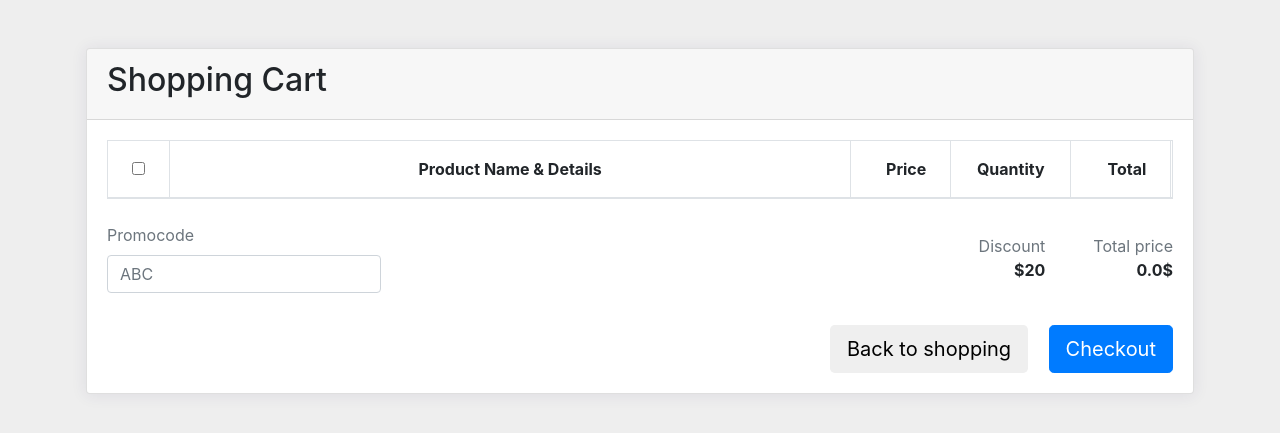
Repository: Szers222/MyProject
Page: http://localhost/MyProject/cart.jsp
The author's editor kept a copy of each file at every save. The page is drawn from the files as they stood at one save, then again after the next save.
The browser window is 1280 px wide. The pictures show the whole page.
Some web libraries are served in a nearby version. The page is served by Tomcat 10. Other server files are loaded and not shown. The template is opened directly, without the code that normally fills it, so the values that code supplies are empty.

Above is the page before, as saved 2023-12-13 10:16:27.

### MyProject/src/main/webapp/cart.jsp
<%@page import="java.util.ArrayList"%>
<%@page import="core.Watch"%>
<%@ page language="java" contentType="text/html; charset=UTF-8"
	pageEncoding="UTF-8"%>
<%@taglib prefix="c" uri="http://java.sun.com/jsp/jstl/core"%>
<!DOCTYPE html>
<html>
<head>
<title>Shopping Cart</title>
<meta charset="utf-8">
<meta name="viewport" content="width=device-width, initial-scale=1">
<link rel="stylesheet"
	href="https://maxcdn.bootstrapcdn.com/bootstrap/4.0.0/css/bootstrap.min.css">
<link href="https://fonts.googleapis.com/css?family=Montserrat"
	rel="stylesheet">

<style type="text/css">
.shopping-cart {
	padding-bottom: 50px;
	font-family: 'Montserrat', sans-serif;
}

.shopping-cart.dark {
	background-color: #f6f6f6;
}

.shopping-cart .content {
	box-shadow: 0px 2px 10px rgba(0, 0, 0, 0.075);
	background-color: white;
}

.shopping-cart .block-heading {
	padding-top: 50px;
	margin-bottom: 40px;
	text-align: center;
}

.shopping-cart .block-heading p {
	text-align: center;
	max-width: 420px;
	margin: auto;
	opacity: 0.7;
}

.shopping-cart .dark .block-heading p {
	opacity: 0.8;
}

.shopping-cart .block-heading h1, .shopping-cart .block-heading h2,
	.shopping-cart .block-heading h3 {
	margin-bottom: 1.2rem;
	color: #3b99e0;
}

.shopping-cart .items {
	margin: auto;
}

.shopping-cart .items .product {
	margin-bottom: 20px;
	padding-top: 20px;
	padding-bottom: 20px;
}

.shopping-cart .items .product .info {
	padding-top: 0px;
	text-align: center;
}

.shopping-cart .items .product .info .product-name {
	font-weight: 600;
}

.shopping-cart .items .product .info .product-name .product-info {
	font-size: 14px;
	margin-top: 15px;
}

.shopping-cart .items .product .info .product-name .product-info .value
	{
	font-weight: 400;
}

.shopping-cart .items .product .info .quantity .quantity-input {
	margin: auto;
	width: 80px;
}

.shopping-cart .items .product .info .price {
	margin-top: 15px;
	font-weight: bold;
	font-size: 22px;
}

.shopping-cart .summary {
	border-top: 2px solid #5ea4f3;
	background-color: #f7fbff;
	height: 100%;
	padding: 30px;
}

.shopping-cart .summary h3 {
	text-align: center;
	font-size: 1.3em;
	font-weight: 600;
	padding-top: 20px;
	padding-bottom: 20px;
}

.shopping-cart .summary .summary-item:not(:last-of-type) {
	padding-bottom: 10px;
	padding-top: 10px;
	border-bottom: 1px solid rgba(0, 0, 0, 0.1);
}

.shopping-cart .summary .text {
	font-size: 1em;
	font-weight: 600;
}

.shopping-cart .summary .price {
	font-size: 1em;
	float: right;
}

.shopping-cart .summary button {
	margin-top: 20px;
}

@media ( min-width : 768px) {
	.shopping-cart .items .product .info {
		padding-top: 25px;
		text-align: left;
	}
	.shopping-cart .items .product .info .price {
		font-weight: bold;
		font-size: 22px;
		top: 17px;
	}
	.shopping-cart .items .product .info .quantity {
		text-align: center;
	}
	.shopping-cart .items .product .info .quantity .quantity-input {
		padding: 4px 10px;
		text-align: center;
	}
}
</style>
<style type="text/css">
body {
	margin-top: 20px;
	background: #eee;
}

.ui-w-40 {
	width: 40px !important;
	height: auto;
}

.card {
	box-shadow: 0 1px 15px 1px rgba(52, 40, 104, .08);
}

.ui-product-color {
	display: inline-block;
	overflow: hidden;
	margin: .144em;
	width: .875rem;
	height: .875rem;
	border-radius: 10rem;
	-webkit-box-shadow: 0 0 0 1px rgba(0, 0, 0, 0.15) inset;
	box-shadow: 0 0 0 1px rgba(0, 0, 0, 0.15) inset;
	vertical-align: middle;
}
</style>
</head>

<body>

	<div class="container px-3 my-5 clearfix">
		<!-- Shopping cart table -->
		<div class="card">
			<div class="card-header">
				<h2>Shopping Cart</h2>
			</div>
			<div class="card-body">
				<div class="table-responsive">
					<table class="table table-bordered m-0">
						<thead>
    <tr>
        <!-- Add a new column for the checkbox -->
        <th class="text-center py-3 px-4" style="width: 40px;">
            <input type="checkbox" id="selectAll" onclick="selectAllItems()">
        </th>
        <th class="text-center py-3 px-4" style="min-width: 400px;">Product Name &amp; Details</th>
        <th class="text-right py-3 px-4" style="width: 100px;">Price</th>
        <th class="text-center py-3 px-4" style="width: 120px;">Quantity</th>
        <th class="text-right py-3 px-4" style="width: 100px;">Total</th>
        <th class="text-center align-middle py-3 px-0">
            <a href="#" class="shop-tooltip float-none text-light" title="" data-original-title="Clear cart">
                <i class="ino ion-md-trash"></i>
            </a>
        </th>
    </tr>
</thead>
<tbody>
    <!-- Sử dụng forEach để lặp qua danh sách sản phẩm từ Servlet -->
    <% ArrayList<Watch> watchList = (ArrayList<Watch>) session.getAttribute("watchList"); %>
    <% Double gettotalAll = (Double) session.getAttribute("getTotalAll");
        double totalAll = (gettotalAll != null) ? gettotalAll : 0;
    %>

    <c:forEach items="${watchList}" var="item">
        <tr>
            <!-- Add a checkbox for each item -->
            <td class="text-center py-3 px-4">
                <input type="checkbox" name="selectedItems" value="${item.watchId}">
            </td>
            <td class="p-4">
                <div class="media align-items-center">
                    <img src="images/${item.watchImage}" class="d-block ui-w-40 ui-bordered mr-4" alt="">
                    <div class="media-body">
                        <a href="#" class="d-block text-dark">${item.watchName}</a>
                        <small>
                            <span class="text-muted">Color:</span>
                            <span class="ui-product-color ui-product-color-sm align-text-bottom"
                                style="background:;"></span>
                            &nbsp;
                            <span class="text-muted">Size: </span> &nbsp;
                            <span class="text-muted">Ships from: </span>
                        </small>
                    </div>
                </div>
            </td>
            <td class="text-right font-weight-semibold align-middle p-4">${item.watchPrice} </td>
            <td class="align-middle p-4">
                <input type="number" class="form-control text-center" value="${item.getQuantity()}"
                    onchange="updateQuantity(${item.watchId}, this.value)">
            </td>
            <td class="text-right font-weight-semibold align-middle p-4" id="totalValue">${item.getTotal()}</td>
            <td class="text-center align-middle px-0">
                <a href="CartServlet?action=remove&id=${item.watchId}&total=<%= totalAll %>"
                    class="shop-tooltip close float-none text-danger" title="" data-original-title="Remove">×</a>
            </td>
        </tr>
    </c:forEach>
</tbody>
					</table>
				</div>
				<!-- / Shopping cart table -->

				<div
					class="d-flex flex-wrap justify-content-between align-items-center pb-4">
					<div class="mt-4">
						<label class="text-muted font-weight-normal">Promocode</label> <input
							type="text" placeholder="ABC" class="form-control">
					</div>
					<div class="d-flex">
						<div class="text-right mt-4 mr-5">
							<label class="text-muted font-weight-normal m-0">Discount</label>
							<div class="text-large">
								<strong>$20</strong>
							</div>
						</div>
						<div class="text-right mt-4">
							<label class="text-muted font-weight-normal m-0">Total
								price</label>
							<div class="text-large" id="totalPrice">
								<strong><%= totalAll %>$</strong>
							</div>
						</div>
					</div>
				</div>

				<div class="float-right">
					<button type="button"
						class="btn btn-lg btn-default md-btn-flat mt-2 mr-3">Back
						to shopping</button>
					<a href="CheckoutServlet" class="btn btn-lg btn-primary mt-2">Checkout</a>
				</div>

			</div>
		</div>
	</div>
	<script src="https://code.jquery.com/jquery-3.2.1.min.js"></script>
	<script
		src="https://maxcdn.bootstrapcdn.com/bootstrap/4.0.0/js/bootstrap.min.js"></script>
		<script>
    function selectAllItems() {
        var checkboxes = document.getElementsByName("selectedItems");
        var selectAllCheckbox = document.getElementById("selectAll");

        for (var i = 0; i < checkboxes.length; i++) {
            checkboxes[i].checked = selectAllCheckbox.checked;
        }
    }
</script>

</body>
</html>

After the next save:
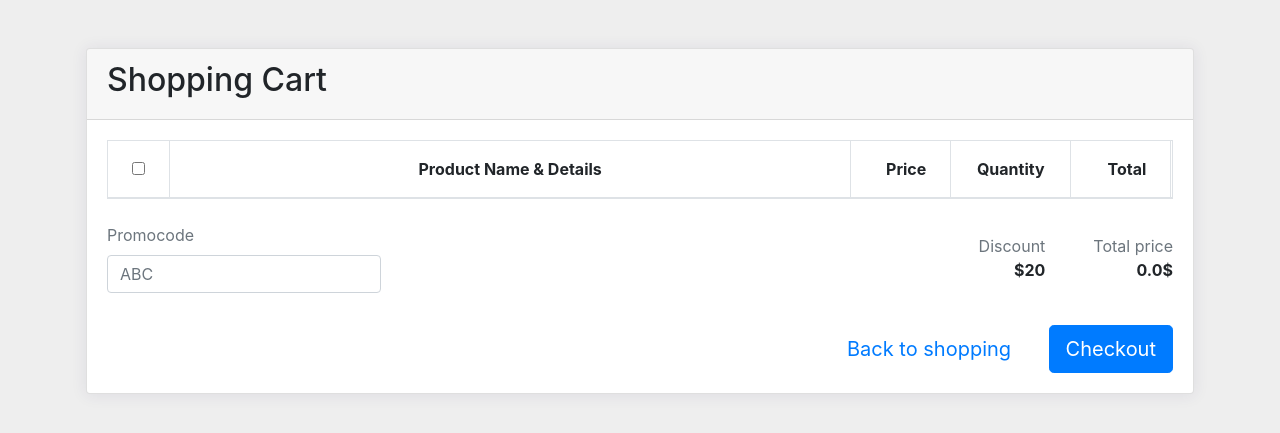
Saved 31 s later.
--- a/MyProject/src/main/webapp/cart.jsp
+++ b/MyProject/src/main/webapp/cart.jsp
@@ -273,9 +273,9 @@ body {
 				</div>
 
 				<div class="float-right">
-					<button type="button"
+					<a href="index.jsp" type="button"
 						class="btn btn-lg btn-default md-btn-flat mt-2 mr-3">Back
-						to shopping</button>
+						to shopping</a>
 					<a href="CheckoutServlet" class="btn btn-lg btn-primary mt-2">Checkout</a>
 				</div>
 
